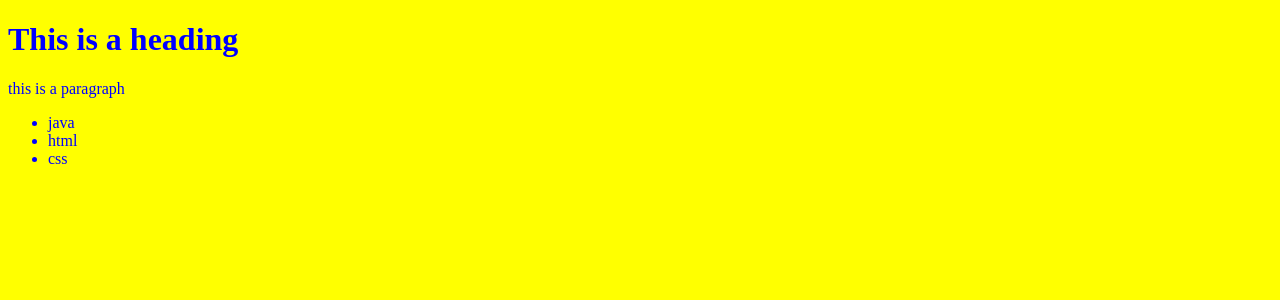
Repository: daehyeonhong/HTML
Page: ch04/WebContent/classSelect.html
These files come from the project's save history. The page is drawn as it stood at one moment and after the next save; the edit follows.
The browser window is 1280 px wide. The pictures show the whole page.

Above is the page before, as saved 2020-05-19 01:45:22.

After the next save:
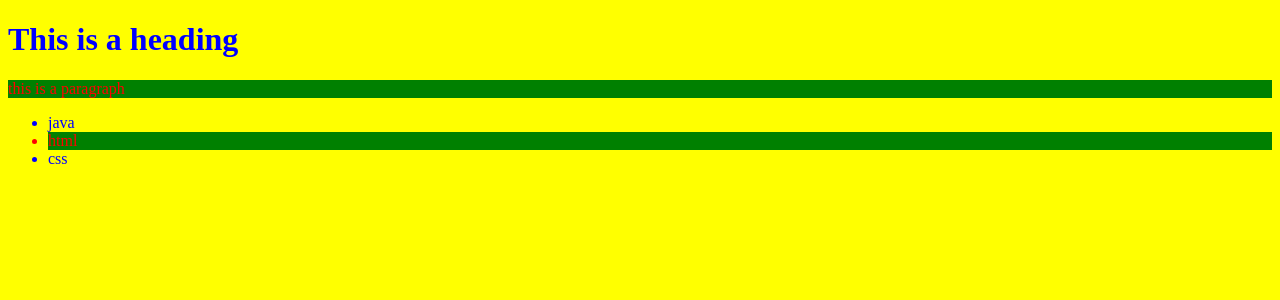
Saved 49 s later.
--- a/ch04/WebContent/classSelect.html
+++ b/ch04/WebContent/classSelect.html
@@ -9,14 +9,15 @@
 	color: blue;
 	background: yellow;
 }
+.myp{color: red;background: green;}
 </style>
 </head>
 <body>
 	<h1>This is a heading</h1>
-	<p>this is a paragraph</p>
+	<p class="myp">this is a paragraph</p>
 	<ul>
 		<li>java</li>
-		<li>html</li>
+		<li class="myp">html</li>
 		<li>css</li>
 	</ul>
 </body>
